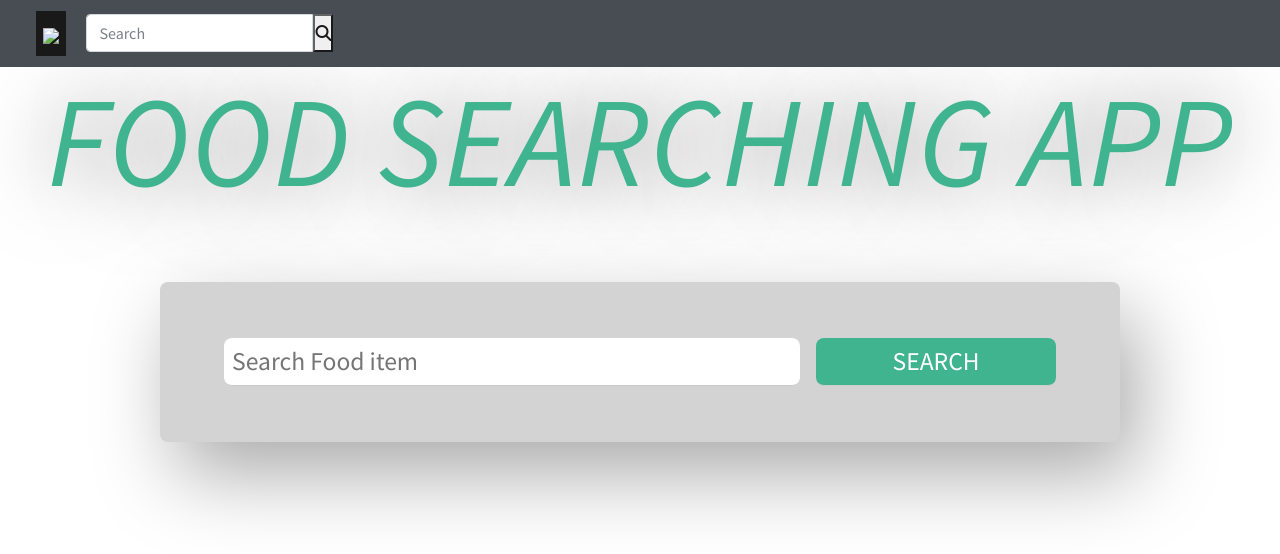
Repository: priyavmehta/React-Food-Recipe-App
Page: /
An editor plug-in stored every save of this project. The page is shown before and after the next save, followed by the edit.
The browser window is 1280 px wide. The pictures show the whole page.
Some web libraries are served in a nearby version. The project was rebuilt for these pictures with package versions that can differ from the ones it lists, and the page was loaded fresh each time. Also part of the build but not shown: src/Components/RecipeDetails.js, src/Components/Recipe.js, src/Components/Alert.js.

Above is the page before, as saved 2020-07-11 22:27:54.
Not found: img/dish.png

### public/index.html
<!DOCTYPE html>
<html lang="en">
  <head>
    <meta charset="utf-8" />
    <link rel="icon" href="%PUBLIC_URL%/favicon.ico" />
    <meta name="viewport" content="width=device-width, initial-scale=1" />
    <meta name="theme-color" content="#000000" />
    <meta
      name="description"
      content="Web site created using create-react-app"
    />
    <link rel="apple-touch-icon" href="%PUBLIC_URL%/logo192.png" />
    <link rel="manifest" href="%PUBLIC_URL%/manifest.json" />

    <script src="https://kit.fontawesome.com/c3f9cf1e2c.js" crossorigin="anonymous"></script>

    <link rel="stylesheet" href="https://stackpath.bootstrapcdn.com/bootstrap/4.3.1/css/bootstrap.min.css" integrity="sha384-ggOyR0iXCbMQv3Xipma34MD+dH/1fQ784/j6cY/iJTQUOhcWr7x9JvoRxT2MZw1T" crossorigin="anonymous">
    <script src="https://code.jquery.com/jquery-3.3.1.slim.min.js" integrity="sha384-q8i/X+965DzO0rT7abK41JStQIAqVgRVzpbzo5smXKp4YfRvH+8abtTE1Pi6jizo" crossorigin="anonymous"></script>
<script src="https://cdnjs.cloudflare.com/ajax/libs/popper.js/1.14.7/umd/popper.min.js" integrity="sha384-UO2eT0CpHqdSJQ6hJty5KVphtPhzWj9WO1clHTMGa3JDZwrnQq4sF86dIHNDz0W1" crossorigin="anonymous"></script>
<script src="https://stackpath.bootstrapcdn.com/bootstrap/4.3.1/js/bootstrap.min.js" integrity="sha384-JjSmVgyd0p3pXB1rRibZUAYoIIy6OrQ6VrjIEaFf/nJGzIxFDsf4x0xIM+B07jRM" crossorigin="anonymous"></script>

    <title>Food App</title>
  </head>
  <body>
    <noscript>You need to enable JavaScript to run this app.</noscript>
    <div id="root"></div>
    <!--
      This HTML file is a template.
      If you open it directly in the browser, you will see an empty page.

      You can add webfonts, meta tags, or analytics to this file.
      The build step will place the bundled scripts into the <body> tag.

      To begin the development, run `npm start` or `yarn start`.
      To create a production bundle, use `npm run build` or `yarn build`.
    -->
  </body>
</html>

### src/App.js
import React, { useState } from 'react';
import './App.css';
import RecipeState from './context/recipe/RecipeState';
import Search from './Components/Search';
import { BrowserRouter as Router, Switch, Route } from 'react-router-dom'
import Navbar from './Components/Navbar';

const App = () => {

  return (
    <RecipeState>
      <Router>
      <Navbar />
        <div className="App">

          <Search/>
        </div>
      </Router>
    </RecipeState>
  );
}

export default App;

### src/App.css
@import url("https://fonts.googleapis.com/css?family=Source+Sans+Pro:300,300i,400,400i,600,600i,700&display=swap");

* {
  font-family: "Source Sans Pro", sans-serif;
  margin: 0;
  padding: 0;
  text-decoration: none;
  list-style-type: none;
  outline: none;
}

.App {
  display: flex;
  flex-direction: column;
  align-items: center;
}

h1 {
  font-size: 8rem;
  letter-spacing: 0.1rem;
  font-style: italic;
  color: #40b48e;
  text-shadow: 0 0.2rem 5rem rgb(119, 115, 115);
  text-transform: uppercase;
  margin: 4rem 0;
}

.search-form {
  width: 60rem;
  height: 10rem;
  display: flex;
  justify-content: center;
  align-items: center;
  background-color: #d3d3d3;
  border-radius: 0.5rem;
  margin-bottom: 5rem;
  box-shadow: 1rem 2rem 5rem #aaa;
  position: relative;
}

.alert {
  /*position: absolute;*/
  top: -3rem;
  left: 0;
  background-color: rgb(233, 72, 72);
  width: calc(100% - 0.4rem);
  border-radius: 0.5rem;
  padding: 0.2rem;
}

.alert h3 {
  font-size: 1.8rem;
  color: #fff;
  font-weight: 400;
  text-transform: uppercase;
  text-align: center;
}

.search-form input {
  font-size: 1.6rem;
  border: none;
  border-bottom: 0.1rem solid #ccc;
  margin: 0 0.5rem;
  border-radius: 0.5rem;
  height: 3rem;
}

.search-form input[type="text"] {
  padding: 0 0.5rem;
  width: 60%;
  color: #555;
}

.search-form input[type="submit"] {
  width: 25%;
  text-transform: uppercase;
  background-color: #40b48e;
  color: #fff;
}

.recipes {
  width: 90%;
  display: flex;
  align-items: center;
  flex-wrap: wrap;
  justify-content: center;
  align-items: flex-start;
}

.recipe {
  width: 30rem;
  margin: 3rem;
  display: flex;
  flex-direction: column;
  background-color: #d3d3d3;
  padding: 2rem;
  position: relative;
  border-radius: 0.5rem;
  box-shadow: 2rem 3rem 5rem #aaa;
}

.recipe h2 {
  background-color: rgba(161, 161, 161, 0.7);
  border-radius: 0.5rem;
  padding: 0.3rem 0.5rem;
  position: absolute;
  top: 2.5rem;
  left: 2.5rem;
  right: 2.5rem;
  font-size: 2.5rem;
  font-weight: 400;
  text-shadow: 0 0.5rem 0.5rem #555;
  color: #fff;
}

.recipe img {
  border-radius: 0.5rem;
  object-fit: cover;
}

.recipe a {
  font-size: 1.8rem;
  color: #40b48e;
}

/* .recipe button {
  font-size: 2rem;
  text-transform: uppercase;
  color: #fff;
  background-color: #40b48e;
  border: none;
  border-radius: 0.5rem;
  height: 3rem;
} */

.ingredient-list {
  margin-top: 1rem;
  background-color: #f0f0f0;
  border-radius: 0.5rem;
  padding: 0.5rem;
}

.ingredient-list li {
  margin: 0.5rem 0;
}

.ingredient-text {
  font-size: 1.5rem;
  color: #888;
}

.ingredient-weight {
  color: #40b48e;
  font-size: 1.3rem;
}

.navbar {
  /* display: flex; */
  /*justify-content: space-between;*/
  align-items: center;
  padding: 0.7rem 2rem;
  z-index: 1;
  width: 100%;
  opacity: 0.9;
  margin-bottom: 1rem;
}

.navbar ul {
  display: flex;

}

.navbar a {
  color: #fff;
  padding: 0.45rem;
  margin: 0 0.25rem;
  background-color: black;
}

.navbar a:hover {
  color: var(--light-color);
}

.navbar .welcome span {
  margin-right: 0.6rem;
}


.bg-primary {
  background: var(--primary-color);
  color: #fff;
}

### src/context/recipe/RecipeState.js
import React, { useReducer, useState, useEffect } from 'react'
import recipeContext from './recipeContext'
import recipeReducer from './recipeReducer';
import axios from 'axios'
import {SEARCH_RECIPE, SET_ALERT, REMOVE_ALERT, SET_HOME_PAGE} from '../types'

const RecipeState = (props) => {

    const initialState = {

        recipes : [],
        alert : ""
    };

    const home_recipes = []

    const [state, dispatch] = useReducer(recipeReducer, initialState);

    const YOUR_APP_ID = 'a232e31f';
    const YOUR_APP_KEY = 'd3cfbfb089b421a6f5135d309faa2604';

    // useEffect(async () => {
    //     const dosa = await axios.get(`https://api.edamam.com/search?q=dosa&app_id=${YOUR_APP_ID}&app_key=${YOUR_APP_KEY}`)
    //     const dosa_results = dosa.data.hits;
    //     home_recipes.push(dosa_results[5])
    //     home_recipes.push(dosa_results[9])

    //     const data = await axios.get(`https://api.edamam.com/search?q=pav&app_id=${YOUR_APP_ID}&app_key=${YOUR_APP_KEY}`)
    //     const results = data.data.hits;
    //     home_recipes.push(results[0])
    //     home_recipes.push(results[1])

    //     dispatch({type : SET_HOME_PAGE, payload : home_recipes})
    //     console.log("All Done")
    //     console.log(state.recipes)
    // }, [])

    const getData = async (text) => {
        if (text !== ''){
            const url = `https://api.edamam.com/search?q=${text}&app_id=${YOUR_APP_ID}&app_key=${YOUR_APP_KEY}`
            const data = await axios.get(url);
            if (!data.data.more){
                return (
                    dispatch({type : SET_ALERT, payload : "Such a food item is not available.."}),
                    setTimeout (() => dispatch({ type : REMOVE_ALERT }), 5000)
                )
            }
            dispatch({type: SEARCH_RECIPE, payload: data.data.hits})
            console.log(state.recipes)
        } else {
            dispatch ({type : SET_ALERT, payload: "Please enter something"})
            setTimeout (() => dispatch({ type : REMOVE_ALERT }), 5000)
        }

    }

    const getIndian = async () => {

    }

    return <recipeContext.Provider value = {{
            getData,
            recipes: state.recipes,
            alert : state.alert
        }
    }
    >
        {props.children}
    </recipeContext.Provider>
}

export default RecipeState

### src/Components/Search.js
import React, {Fragment, useContext, useState} from 'react'
import recipeContext from '../context/recipe/recipeContext'
import Recipe from './Recipe'
import Alert from './Alert'

const Search = () => {

    const [query, setQuery] = useState("")

    const RecipeContext = useContext(recipeContext)
    const {getData, recipes, alert} = RecipeContext

    const changeQuery = (event) => setQuery(event.target.value)

    const onSubmitQuery = (event) => {
        event.preventDefault()
        getData(query)
        setQuery("")
    }

    return (
        <Fragment>
            <h1 >Food Searching App</h1>
            { alert !== "" && <Alert/>}
            <form className = "search-form" onSubmit = {onSubmitQuery}>
                <input type="text" placeholder = "Search Food item" autoComplete = "off" onChange = {changeQuery} value = {query} />
                <input type = "submit" value = "Search" />
            </form>
            <div className = "recipes">
                {
                    recipes !== [] && (
                        recipes.map(recipe => <Recipe recipe = {recipe}/>)
                    )
                }
            </div>
        </Fragment>
    )
}

export default Search

### src/Components/Navbar.js
import React from 'react'
import PropTypes from 'prop-types'
import { Link } from 'react-router-dom'

const Navbar = ({icon, title}) => {

    return (
        <nav class="navbar navbar-expand-md navbar-light bg-dark fixed-top">
            <a class="navbar-brand"><img src="img/dish.png" /></a>
            <button type="button" class="navbar-toggler bg-light" data-toggle="collapse" data-target="#nav">
                <span class="navbar-toggler-icon"></span>
            </button>
             <div class="collapse navbar-collapse justify-content-between" id="nav">
                {/* <ul class="navbar-nav">
                    <li class="nav-item" >
                        <a class="nav-link text-light font-weight-bold px-3" href="#">HOME</a>
                    </li>
                    <li class="nav-item">
                        <a class="nav-link text-light font-weight-bold px-3" href="#">ABOUT US</a>
                    </li>
                    <li class="nav-item">
                        <a class="nav-link text-light font-weight-bold px-3" href="#">CONTACT</a>
                    </li>
                </ul>*/}
                <form class="form-inline ml-3">
                    <div class="input-group">
                        <input type="text" class="form-control " placeholder="Search" />
                        <button type="submit"><i class="fa fa-search"></i></button>
                    </div>

                </form>

            </div>

        </nav>
    )
}

Navbar.defaultProps = {
    title : "Food App",
    icon : "fab fa-github"
};

Navbar.propTypes = {
    title : PropTypes.string.isRequired,
    icon : PropTypes.string.isRequired
};

export default Navbar

### src/context/recipe/recipeContext.js
import { createContext } from 'react'

const recipeContext = createContext()

export default recipeContext

### src/context/recipe/recipeReducer.js
import {SEARCH_RECIPE, SET_ALERT, REMOVE_ALERT, SET_HOME_PAGE} from '../types'

export default (state, action) => {
    switch(action.type){
        case SET_HOME_PAGE:
            return{
                ...state,
                recipes : action.payload
            }
        case REMOVE_ALERT:
            return{
                ...state,
                alert: ""
            }
        case SET_ALERT:
            return{
                ...state,
                alert: action.payload
            }
        case SEARCH_RECIPE:
            return {
                ...state,
                recipes : action.payload,
                alert: ""
            }
        default:
            return state
    }
}

### src/context/types.js
export const SEARCH_RECIPE = "SEARCH_RECIPE";
export const CHANGE_QUERY = "CHANGE_QUERY";
export const SET_ALERT = "SET_ALERT";
export const REMOVE_ALERT = "REMOVE_ALERT";
export const SET_HOME_PAGE = "SET_HOME_PAGE";

Loaded but not shown: src/index.js (common file); src/index.css (common file); src/serviceWorker.js (common file)

After the next save:
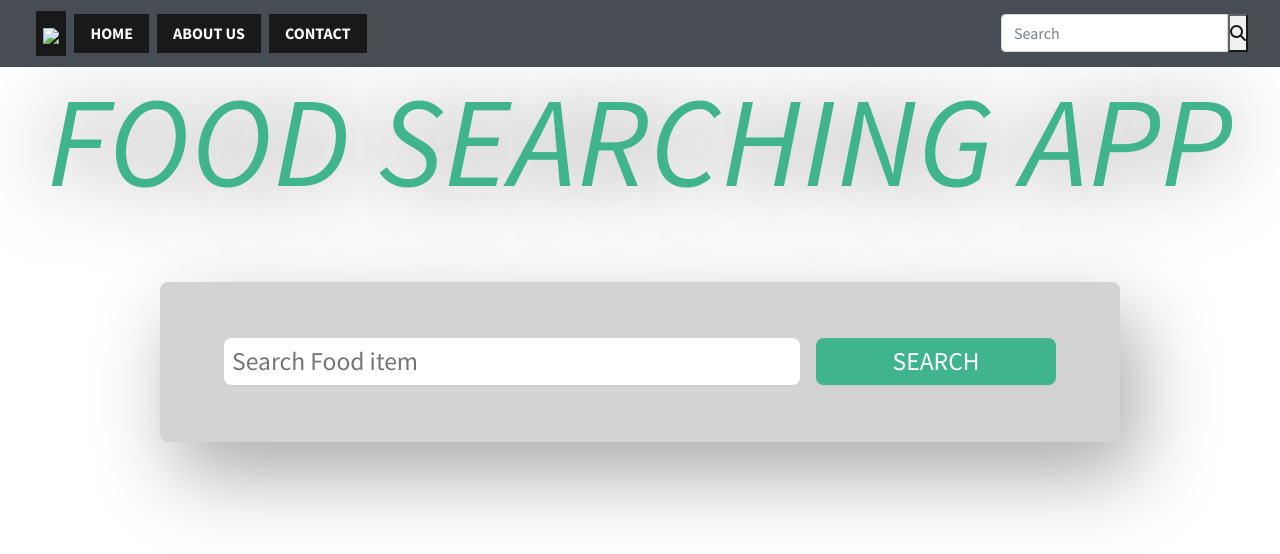
Saved 18 s later.
--- a/src/Components/Navbar.js
+++ b/src/Components/Navbar.js
@@ -5,27 +5,27 @@ import { Link } from 'react-router-dom'
 const Navbar = ({icon, title}) => {
 
     return (
-        <nav class="navbar navbar-expand-md navbar-light bg-dark fixed-top">
-            <a class="navbar-brand"><img src="img/dish.png" /></a>
-            <button type="button" class="navbar-toggler bg-light" data-toggle="collapse" data-target="#nav">
-                <span class="navbar-toggler-icon"></span>
+        <nav className="navbar navbar-expand-md navbar-light bg-dark fixed-top">
+            <a className="navbar-brand"><img src="img/dish.png" /></a>
+            <button type="button" className="navbar-toggler bg-light" data-toggle="collapse" data-target="#nav">
+                <span className="navbar-toggler-icon"></span>
             </button>
-             <div class="collapse navbar-collapse justify-content-between" id="nav">
-                {/* <ul class="navbar-nav">
-                    <li class="nav-item" >
-                        <a class="nav-link text-light font-weight-bold px-3" href="#">HOME</a>
+             <div className="collapse navbar-collapse justify-content-between" id="nav">
+                <ul className="navbar-nav">
+                    <li className="nav-item" >
+                        <a className="nav-link text-light font-weight-bold px-3" href="#">HOME</a>
                     </li>
-                    <li class="nav-item">
-                        <a class="nav-link text-light font-weight-bold px-3" href="#">ABOUT US</a>
+                    <li className="nav-item">
+                        <a className="nav-link text-light font-weight-bold px-3" href="#">ABOUT US</a>
                     </li>
-                    <li class="nav-item">
-                        <a class="nav-link text-light font-weight-bold px-3" href="#">CONTACT</a>
+                    <li className="nav-item">
+                        <a className="nav-link text-light font-weight-bold px-3" href="#">CONTACT</a>
                     </li>
-                </ul>*/}
-                <form class="form-inline ml-3">
-                    <div class="input-group">
-                        <input type="text" class="form-control " placeholder="Search" />
-                        <button type="submit"><i class="fa fa-search"></i></button>
+                </ul>
+                <form className="form-inline ml-3">
+                    <div className="input-group">
+                        <input type="text" className="form-control " placeholder="Search" />
+                        <button type="submit"><i className="fa fa-search"></i></button>
                     </div>
 
                 </form>
